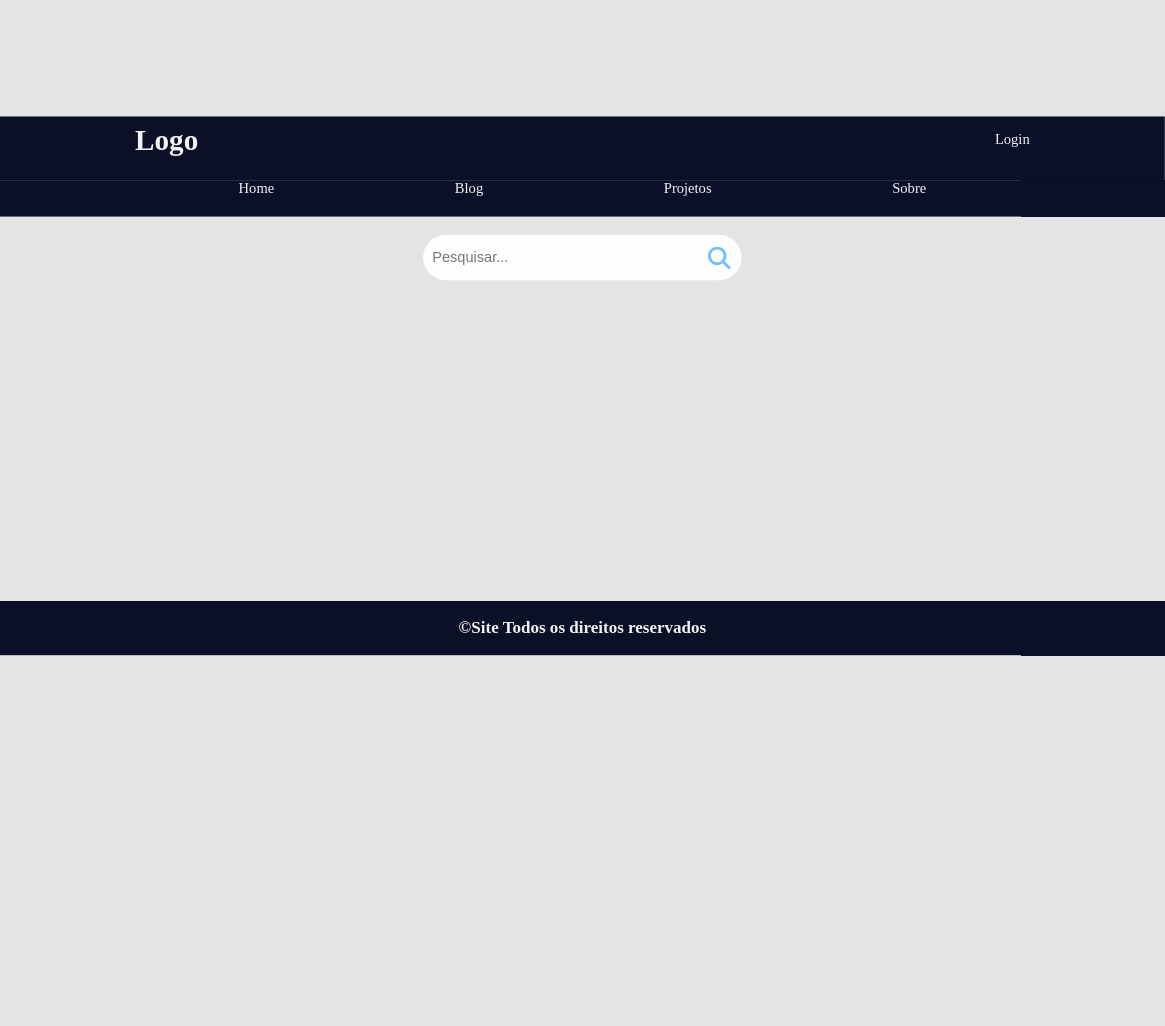
Repository: SauloMorais01/mysitefront-end
Page: src/pages/blog.html
An editor plug-in stored every save of this project. The page is shown before and after the next save, followed by the edit.
The browser window is 1280 px wide. The pictures show the whole page, at 91% of full size.
The pointer rests on the first visible `.search-box`.
Some web libraries are served in a nearby version.

Above is the page before, as saved 2024-11-03 13:19:34.

After the next save:
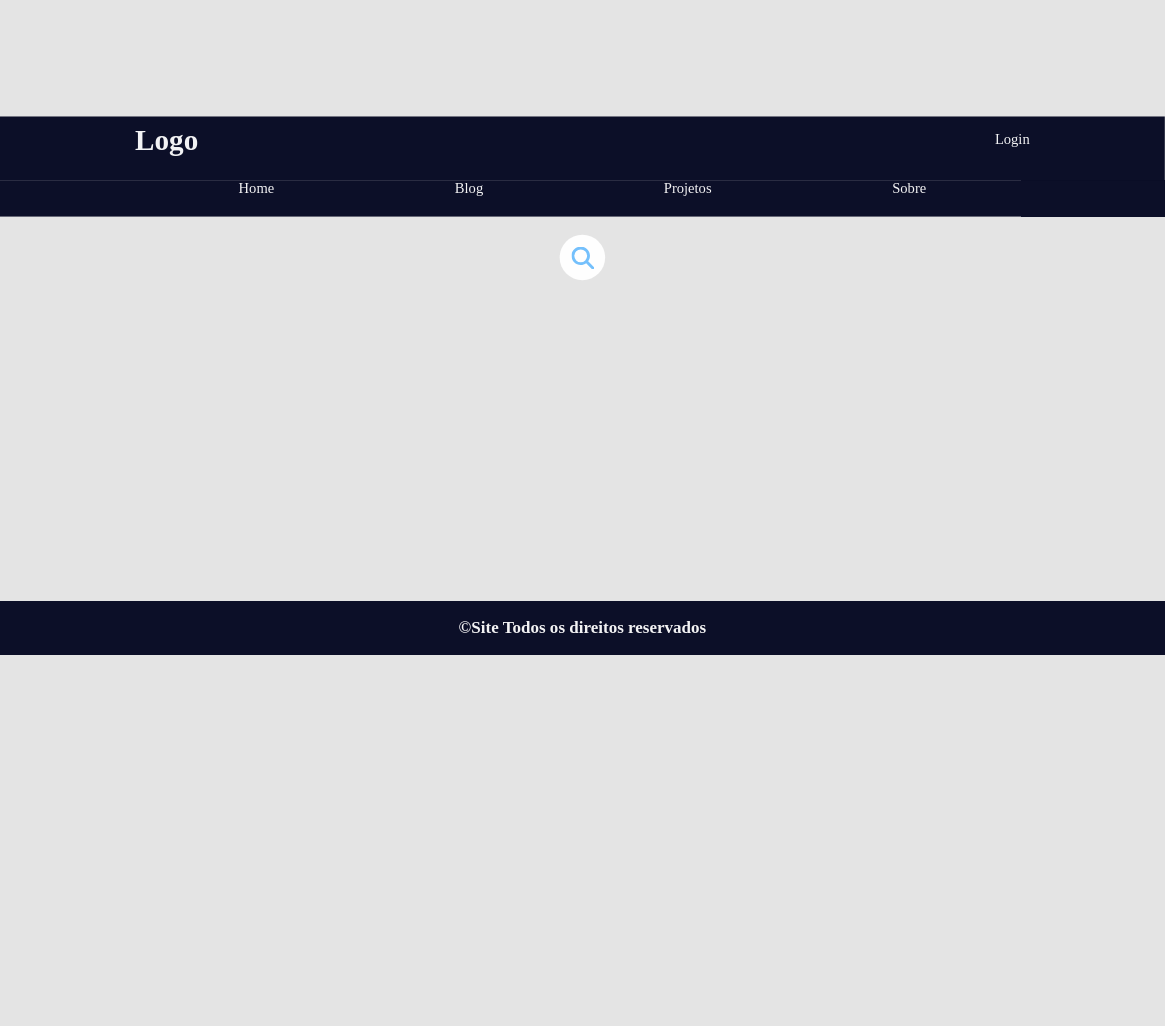
Saved 2 min 15 s later.
--- a/src/css/style.css
+++ b/src/css/style.css
@@ -203,7 +203,7 @@
     display: none;
 }
 
-.search-box:hover > .search-text {
+.search-box:hover > #search-text {
     width: 300px;
 }
 /* end Search area */

After the save that followed:
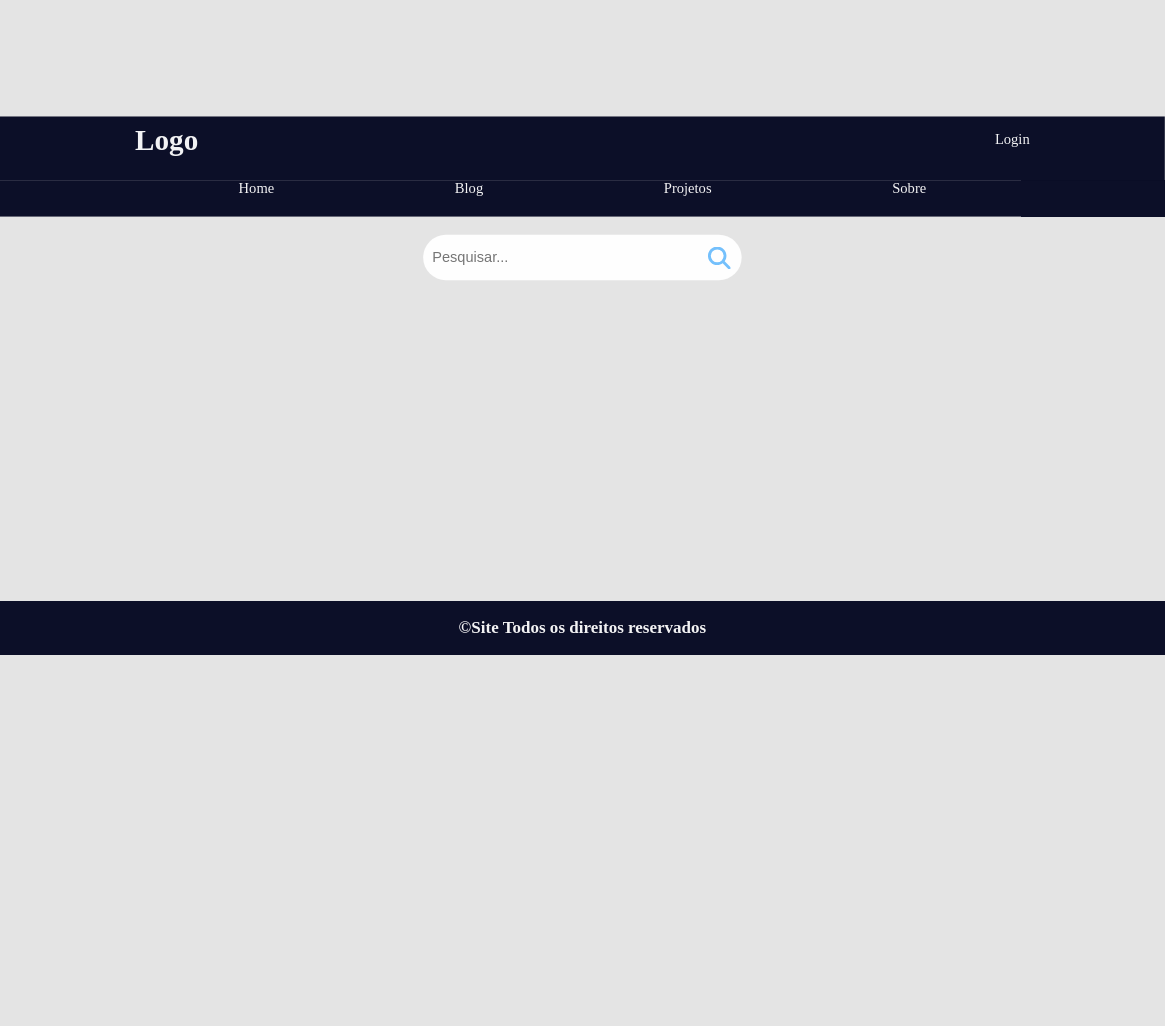
Saved 40 s later.
--- a/src/css/style.css
+++ b/src/css/style.css
@@ -203,7 +203,7 @@
     display: none;
 }
 
-.search-box:hover > #search-text {
+.search-box:hover > .search-text {
     width: 300px;
 }
 /* end Search area */
